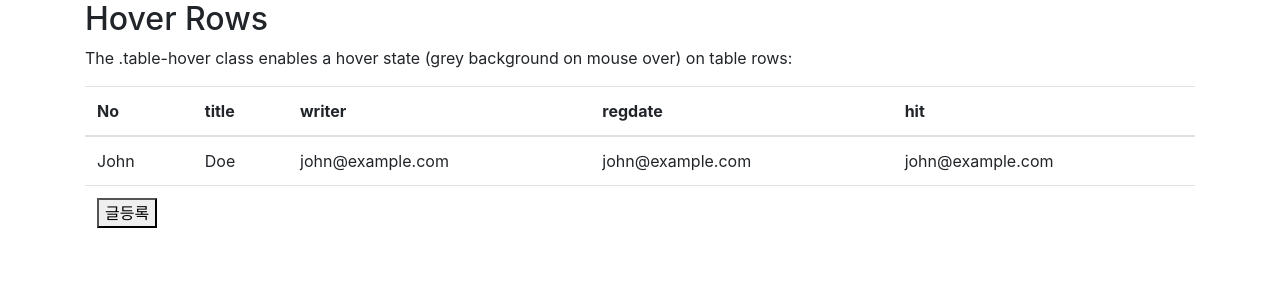
Repository: mijeon/egove_workspace
Page: http://localhost/commentBoard/board/list.jsp
An editor plug-in stored every save of this project. The page is shown before and after the next save, followed by the edit.
The browser window is 1280 px wide. The pictures show the whole page.
The page is served by Tomcat 9.

Above is the page before, as saved 2023-06-17 07:56:14.

After the next save:
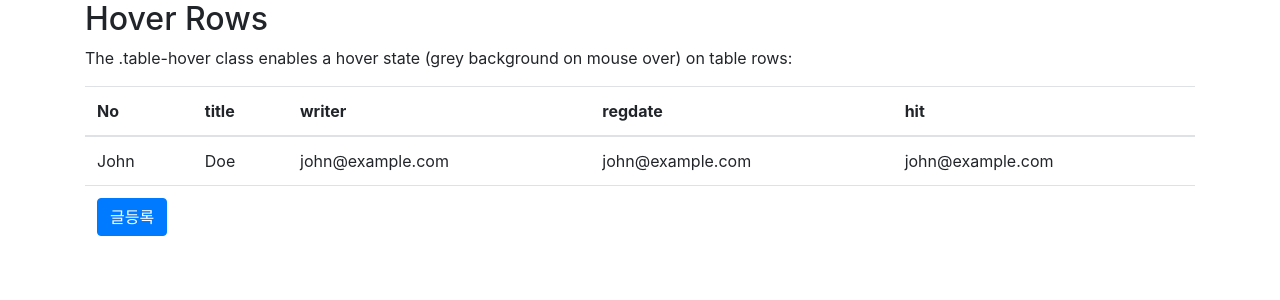
Saved 7 s later.
--- a/commentBoard/WebContent/board/list.jsp
+++ b/commentBoard/WebContent/board/list.jsp
@@ -38,7 +38,7 @@
 
 				<tr>
 					<td colspan="5">
-					<button class="btn-btn-primary">글등록</button>
+					<button class="btn btn-primary">글등록</button>
 					</td>
 				</tr>
 
